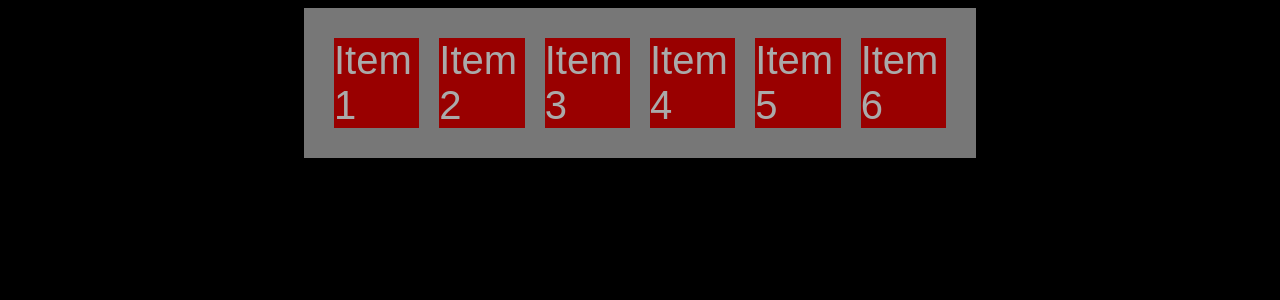
Repository: vitorgiovane/origamid-flexblog
Page: index.html
These files come from the project's save history. The page is drawn as it stood at one moment and after the next save; the edit follows.
The browser window is 1280 px wide. The pictures show the whole page.

Above is the page before, as saved 2019-02-24 21:39:07.

After the next save:
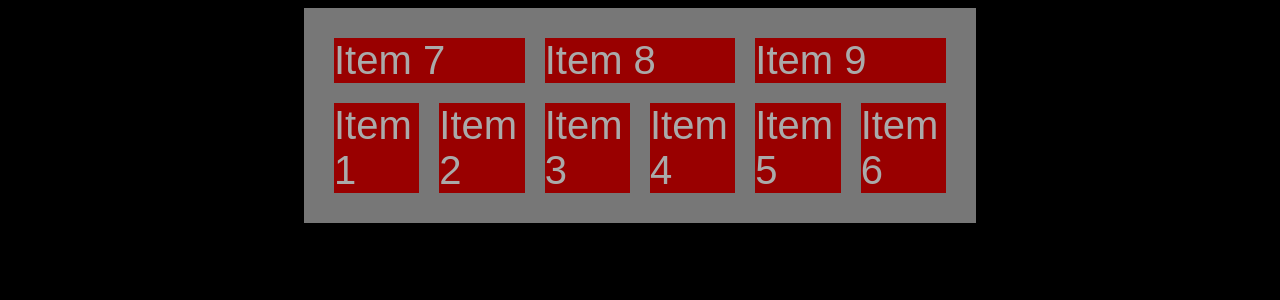
Saved 53 s later.
--- a/index.html
+++ b/index.html
@@ -15,6 +15,9 @@
     <div class="item">Item 4</div>
     <div class="item">Item 5</div>
     <div class="item">Item 6</div>
+    <div class="item">Item 7</div>
+    <div class="item">Item 8</div>
+    <div class="item">Item 9</div>
   </div>
 
 </body>
